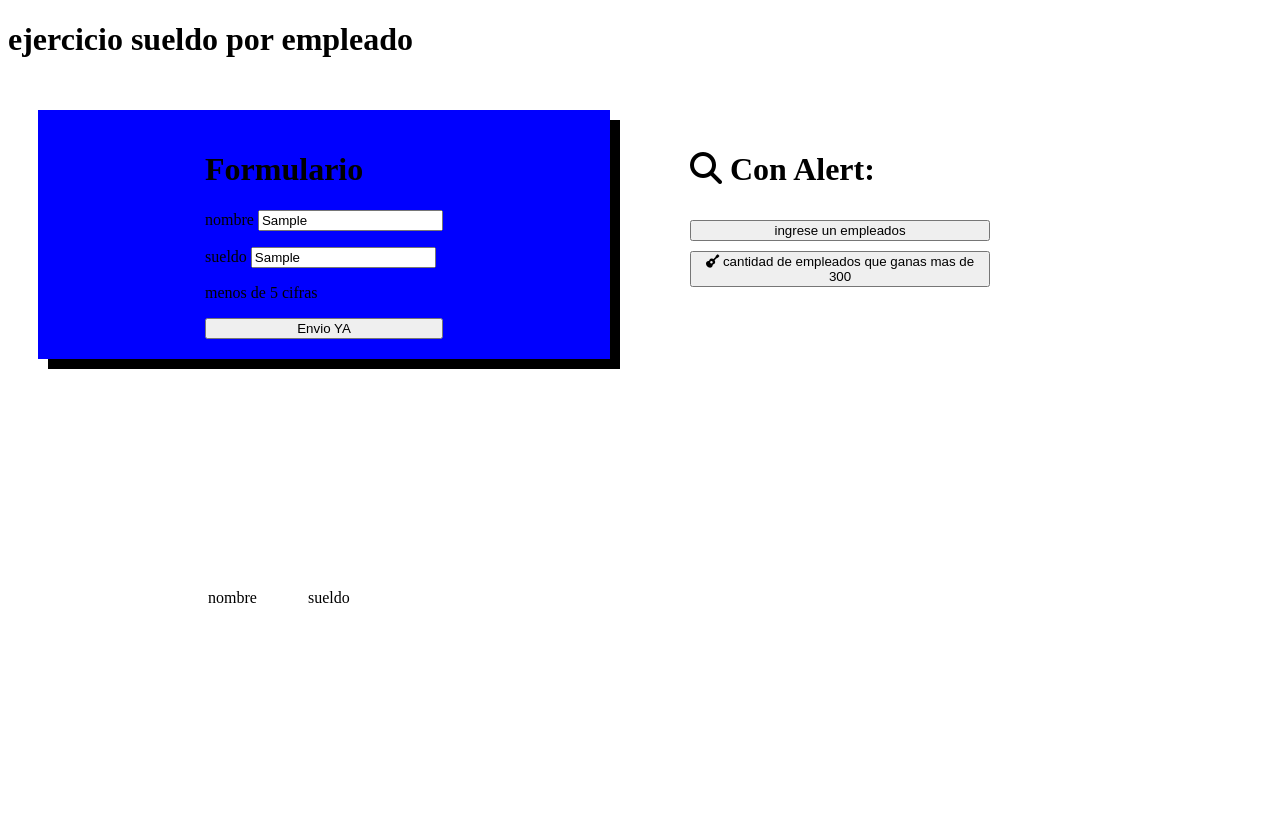
Repository: wolfmarcos/Ej-FormSesionEmpleados
Page: index.html
These files come from the project's save history. The page is drawn as it stood at one moment and after the next save; the edit follows.
The browser window is 1280 px wide. The pictures show the whole page.
Empty fields were first filled with sample values (such as "Sample", 5 or name@example.com).
After loading, the first visible `#form` was submitted once.
Some web libraries are served in a nearby version.

Above is the page before, as saved 2022-07-31 04:20:40.

After the next save:
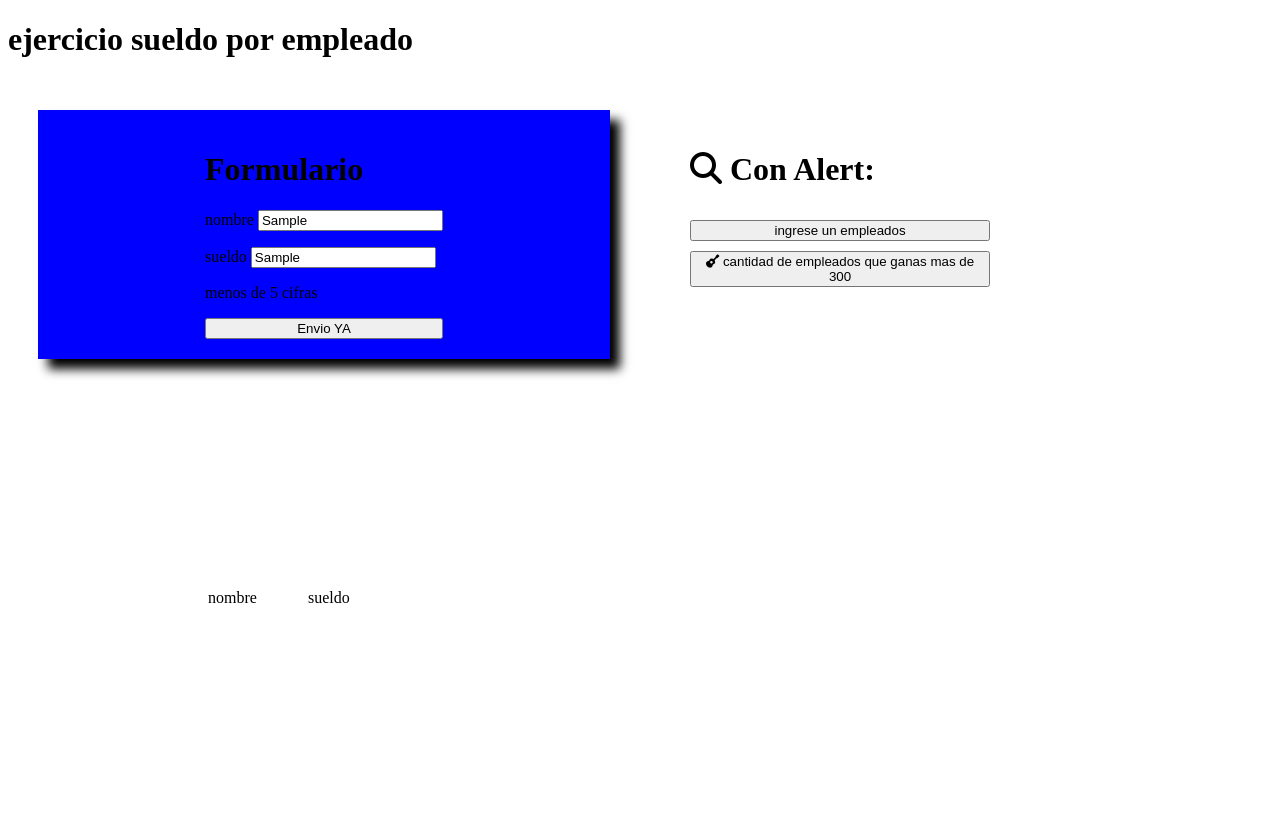
Saved 4 s later.
--- a/ej1.css
+++ b/ej1.css
@@ -41,7 +41,7 @@ background-color: rgb(205, 255, 253);
   background-color: blue;
   padding: 20px;
   margin: 30px;
-  box-shadow: 10px 10px ;
+  box-shadow: 10px 10px 10px;
   /* visibility: visible; */
   /* position: absolute;
   font-size: 20000px;
